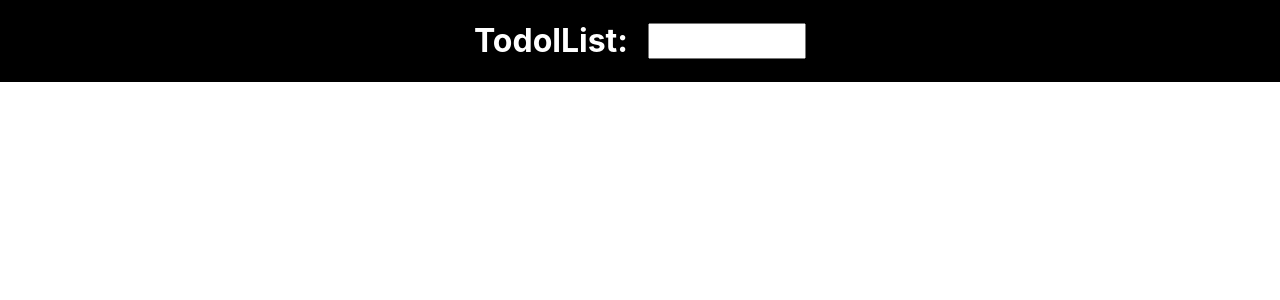
Repository: zhenzhen-gong/react-learning
Page: /login
These files come from the project's save history. The page is drawn as it stood at one moment and after the next save; the edit follows.
The browser window is 1280 px wide. The pictures show the whole page.
The project was rebuilt for these pictures with package versions that can differ from the ones it lists, and the page was loaded fresh each time.

Above is the page before, as saved 2021-04-16 17:24:24.

After the next save:
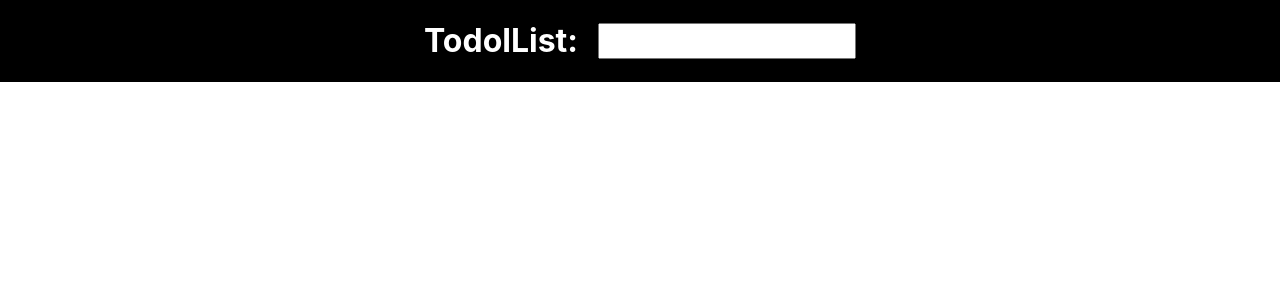
Saved 5 s later.
--- a/src/component/todolList/todolList.css
+++ b/src/component/todolList/todolList.css
@@ -10,5 +10,5 @@
 }
 .title input {
     height: 30px;
-    width: 150px;
+    width: 250px;
 }
